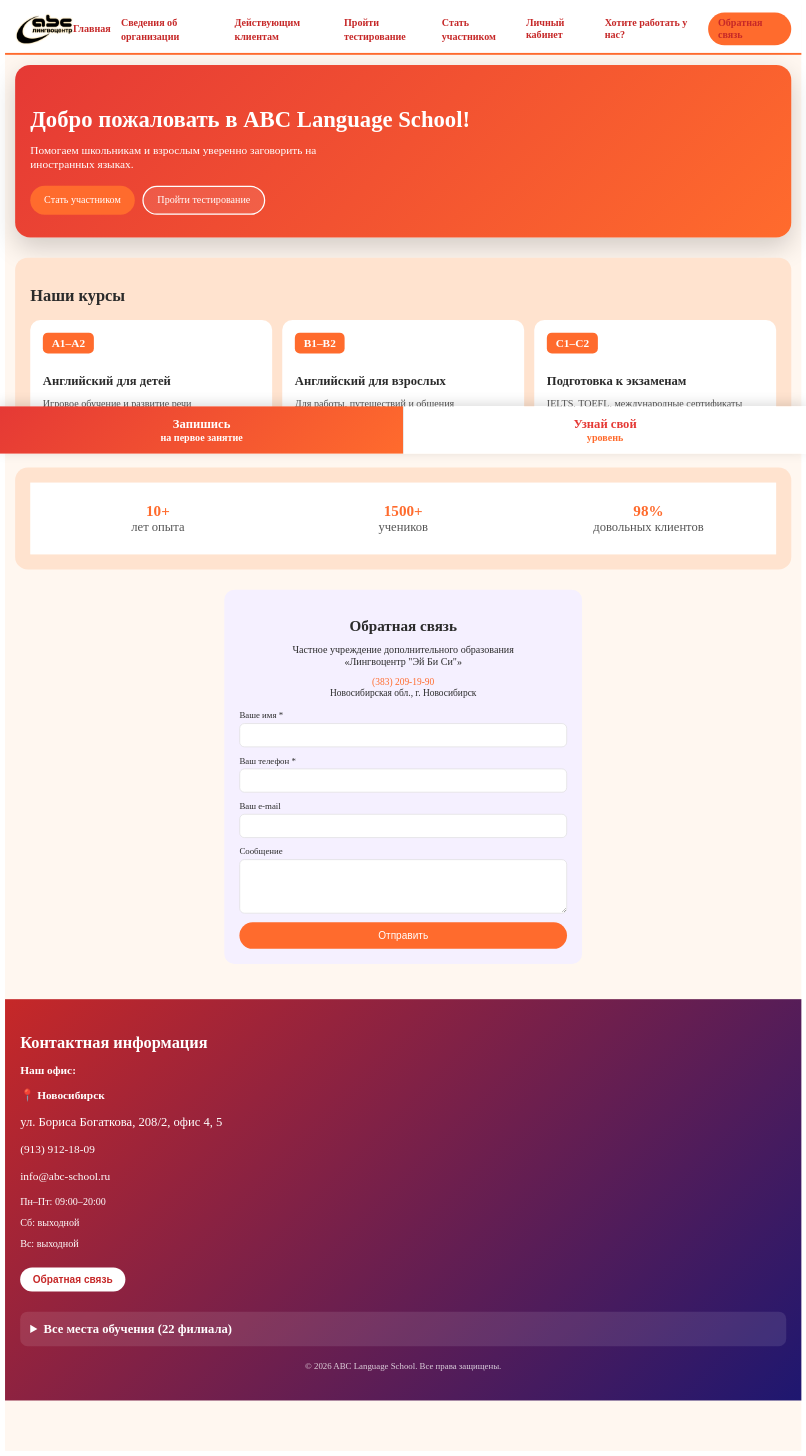
Repository: vidergooold/abc-language-school
Page: / (app in frontend/)
These files come from the project's save history. The page is drawn as it stood at one moment and after the next save; the edit follows.
The browser window is 1280 px wide. The pictures show the whole page, at 63% of full size.
The project was rebuilt for these pictures with package versions that can differ from the ones it lists, and the page was loaded fresh each time. Also part of the build but not shown: frontend/vite.config.ts, frontend/src/components/courses/CoursesFilter.vue, frontend/src/components/courses/CourseCard.vue, frontend/src/components/courses/CoursesGrid.vue, frontend/src/pages/Courses.vue, frontend/src/pages/Login.vue, frontend/src/pages/Register.vue, frontend/src/pages/Enroll.vue and 22 more.

Above is the page before, as saved 2026-01-11 21:49:39.

After the next save:
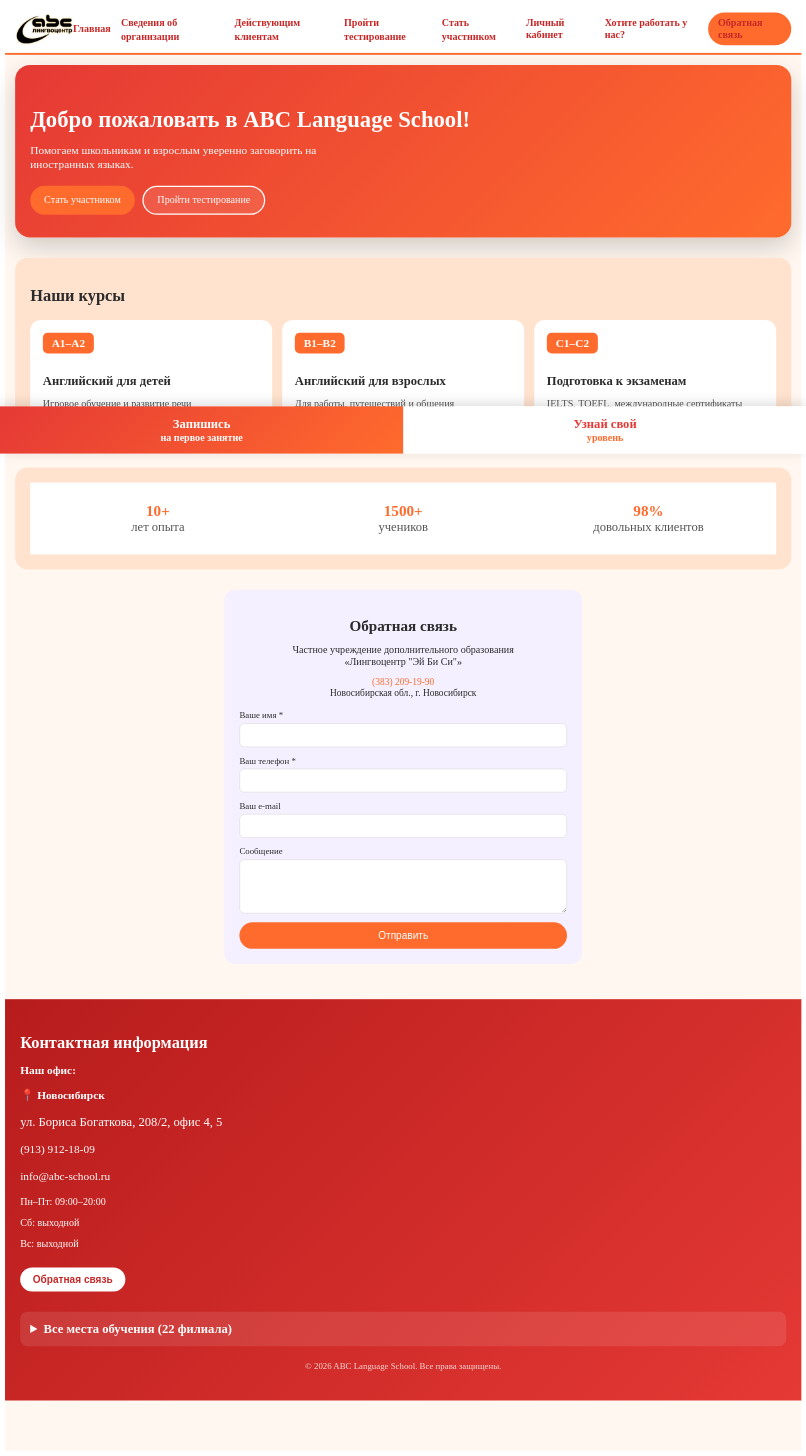
Saved 25 s later.
--- a/frontend/src/components/layout/Footer.vue
+++ b/frontend/src/components/layout/Footer.vue
@@ -260,7 +260,7 @@ const branches = ref([
 
 <style scoped>
 .footer {
-  background: linear-gradient(135deg, var(--brand-purple), #1e1770);
+  background: linear-gradient(135deg, var(--brand-dark-red), var(--brand-red));
   color: #ffffff;
   padding: 32px 24px;
   margin-top: 40px;
